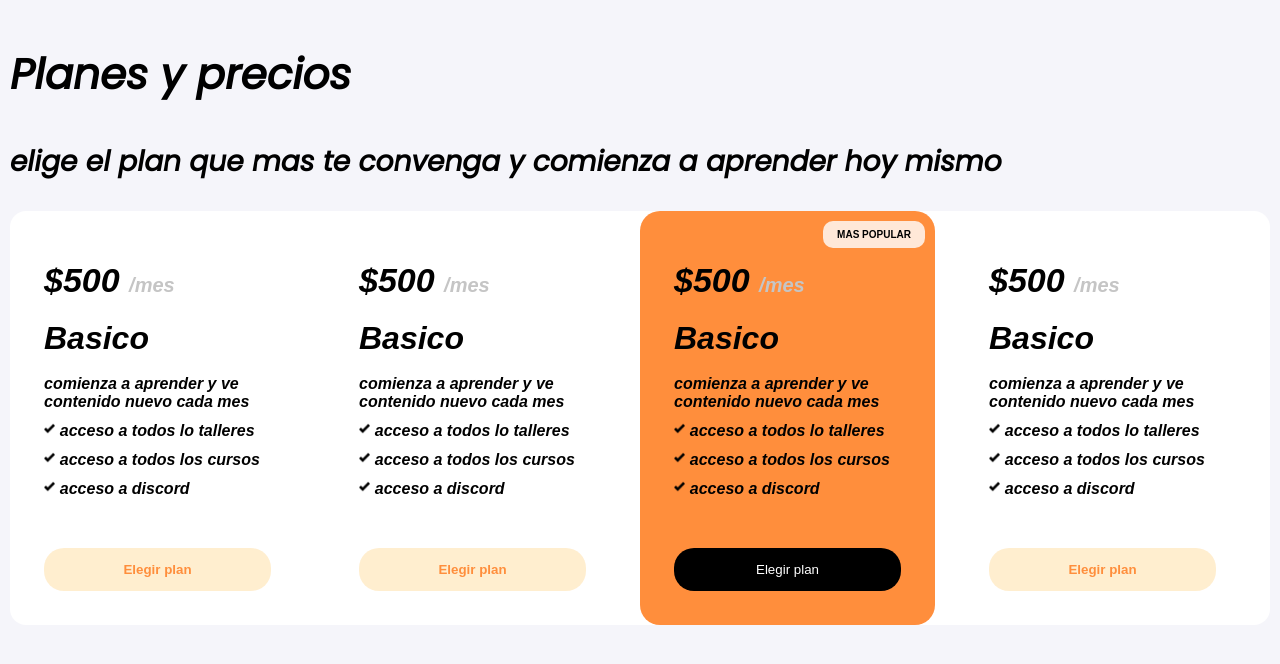
Repository: darkmantiz2/Tarjetas-planes
Page: index.html
These files come from the project's save history. The page is drawn as it stood at one moment and after the next save; the edit follows.
The browser window is 1280 px wide. The pictures show the whole page.

Above is the page before, as saved 2022-01-11 13:24:37.

### index.html
<!DOCTYPE html>
<html lang="en">

<head>
  <meta charset="UTF-8">
  <meta http-equiv="X-UA-Compatible" content="IE=edge">
  <meta name="viewport" content="width=device-width, initial-scale=1.0">
  <link rel="preconnect" href="https://fonts.googleapis.com">
  <link rel="preconnect" href="https://fonts.gstatic.com" crossorigin>
  <link href="https://fonts.googleapis.com/css2?family=Poppins:ital,wght@0,600;0,700;1,400&display=swap"
    rel="stylesheet">
  <link rel="stylesheet" href="./css/index.css">
  <title>Cards Precios</title>
</head>

<body>
  <section class="cards">
    <div class="container">
      <h1 class="contaier-title">
        Planes y precios
      </h1>
      <p class="container-text1">
        elige el plan que mas te convenga y comienza a aprender hoy mismo
      </p>
      <section class="container-card">
        <div class="card">

          <p class="card-price"> $500 <span class="card-month"> /mes</span></p>
          <p class="card-plan">Basico</p>
          <p class="card-description"> comienza a aprender y ve contenido nuevo cada mes</p>
          <p class="card-item1"><img class="card-icon" src="icons/png-transparent-computer-icons-check-mark-checkbox-palomita-angle-logo-check-mark.png" alt="">  acceso a todos lo talleres</p>
          <p class="card-item2"><img class="card-icon" src="icons/png-transparent-computer-icons-check-mark-checkbox-palomita-angle-logo-check-mark.png" alt=""> acceso a todos los cursos</p>
          <p class="card-item3"><img class="card-icon" src="icons/png-transparent-computer-icons-check-mark-checkbox-palomita-angle-logo-check-mark.png" alt=""> acceso a discord</p>

          <button class="card-button"> Elegir plan </button>
        </div>
        <div class="card">
          <p class="card-price"> $500 <span class="card-month"> /mes</span></p>
          <p class="card-plan">Basico</p>
          <p class="card-description"> comienza a aprender y ve contenido nuevo cada mes</p>
          <p class="card-item1"><img class="card-icon" src="icons/png-transparent-computer-icons-check-mark-checkbox-palomita-angle-logo-check-mark.png" alt="">  acceso a todos lo talleres</p>
          <p class="card-item2"><img class="card-icon" src="icons/png-transparent-computer-icons-check-mark-checkbox-palomita-angle-logo-check-mark.png" alt=""> acceso a todos los cursos</p>
          <p class="card-item3"><img class="card-icon" src="icons/png-transparent-computer-icons-check-mark-checkbox-palomita-angle-logo-check-mark.png" alt=""> acceso a discord</p>

          <button class="card-button"> Elegir plan </button>
        </div>
        <div class="card card-orange">
          <label class="card-label">mas popular</label>
          <p class="card-price"> $500 <span class="card-month"> /mes</span></p>
          <p class="card-plan">Basico</p>
          <p class="card-description">  comienza a aprender y ve contenido nuevo cada mes</p>
          <p class="card-item1"><img class="card-icon" src="icons/png-transparent-computer-icons-check-mark-checkbox-palomita-angle-logo-check-mark.png" alt="">  acceso a todos lo talleres</p>
          <p class="card-item2"><img class="card-icon" src="icons/png-transparent-computer-icons-check-mark-checkbox-palomita-angle-logo-check-mark.png" alt=""> acceso a todos los cursos</p>
          <p class="card-item3"><img class="card-icon" src="icons/png-transparent-computer-icons-check-mark-checkbox-palomita-angle-logo-check-mark.png" alt=""> acceso a discord</p>

          <button class="card-button-orange"> Elegir plan </button>
        </div>
        <div class="card">

          <p class="card-price"> $500 <span class="card-month"> /mes</span></p>
          <p class="card-plan">Basico</p>
          <p class="card-description">  comienza a aprender y ve contenido nuevo cada mes</p>
          <p class="card-item1"><img class="card-icon" src="icons/png-transparent-computer-icons-check-mark-checkbox-palomita-angle-logo-check-mark.png" alt="">  acceso a todos lo talleres</p>
          <p class="card-item2"><img class="card-icon" src="icons/png-transparent-computer-icons-check-mark-checkbox-palomita-angle-logo-check-mark.png" alt=""> acceso a todos los cursos</p>
          <p class="card-item3"><img class="card-icon" src="icons/png-transparent-computer-icons-check-mark-checkbox-palomita-angle-logo-check-mark.png" alt=""> acceso a discord</p>


          <button class="card-button"> Elegir plan </button>
        </div>
      </section>




    </div>
  </section>
</body>

</html>

### css/index.css
:root {
  --black: #373737;
  --primary: #ff8e3c;
  --white: #ffffff;
  --grey: #848199;
  --red: #fa513a;
  --grey-2: #a3a3a3;
  --bg: #f5f5fa;
  --headline2: 600 1.75rem/normal Poppins;
  --headline3: 600 1.25rem/1.375rem Poppins;
  --button: 400 0.875rem/1rem Poppins;
  --headline1: 600 3.5rem/normal Poppins;
  --body1-regular: 400 1rem/1.5rem Poppins;
  --body1-bold: 700 1rem/1.5rem Poppins;
  --body2-bold: 700 0.875rem/1.5rem Poppins;
  --body2-regular: 400 0.875rem/1.5rem Poppins;
  --caption-regular: 400 0.75rem/1rem Poppins;
  --caption-bold: 600 0.75rem/1rem Poppins;

}

/*BODDY*/

body {
  color: var(--white);
  background-color: var(--primary);
  font: var(--headline2);
  background: var(--bg);
  font-style: italic;
  font-weight: bold;
}

.container {
  color: black;
}



.container-card {
  display: flex;
  justify-content: center;
  align-items: center;
  max-width: 1260px;
  width: 100%;
  background-color: white;
  border-radius: 16px;
  font-family: arial;
  font-weight: bold;
}

.card-month {
  font-size: 20px;
  color: #c5c5c5;
}

.cards {
  display: flex;
  justify-content: center;
  align-items: center;
}

.card-orange {
  background-color: var(--primary);
  font-size: medium;
}


.card {
  align-items: flex-start;
  display: flex;
  justify-content: center;
  flex-direction: column;
  width: 334px;
  padding:0 34px 34px;
  border-radius: 20px;
  margin-right: 20px;
  font-size: medium;
  box-sizing: border-box;
  position: relative;
}

.card-price {
  margin: 0;
  padding-bottom: 20px;
  padding-top: 50px;
  font-size: 34px;
}


.card-plan {
  margin: 0;
  padding-bottom: 18px;
  font-size: xx-large;
  font-weight: bold;
}

.card-icon{
  width: 5%;
}

.card-description {
  margin: 0;
  padding-bottom: 10px;
}

.card-item1 {
  margin: 0;
  padding-bottom: 10px;
}

.card-item2 {
  margin: 0;
  padding-bottom: 10px;
}

.card-item3 {
  margin: 0;
  padding-bottom: 50px;
}

.card-button {
 width: 100%;
  padding: 14px 37px 14px 37px;
  background-color: #ffa50030;
  border-radius: 20px;
  border: none;
  color: var(--primary);
  font-weight: bolder;

}

.card-button-orange {
  width: 100%;
  padding: 14px 37px 14px 37px;
  background-color: black;
  border-radius: 20px;
  color: var(--white);
  border: none;
}

.card-label{
  background-color: rgba(255, 255, 255, 0.801);
  padding: 8px 14px;
  border-radius: 10px;
  font-size: small;
  text-transform: uppercase;
  font-size: 10px;
  font-weight: 800;
  font-style: normal;
  position: absolute;
  top: 10px;
  right: 10px;
}



.container {
  color: black;
}



.container-card {
  display: flex;
  justify-content: center;
  align-items: center;
  max-width: 1260px;
  width: 100%;
}

.card-month {
  font-size: 20px;
  color: #c5c5c5;
}

After the next save:
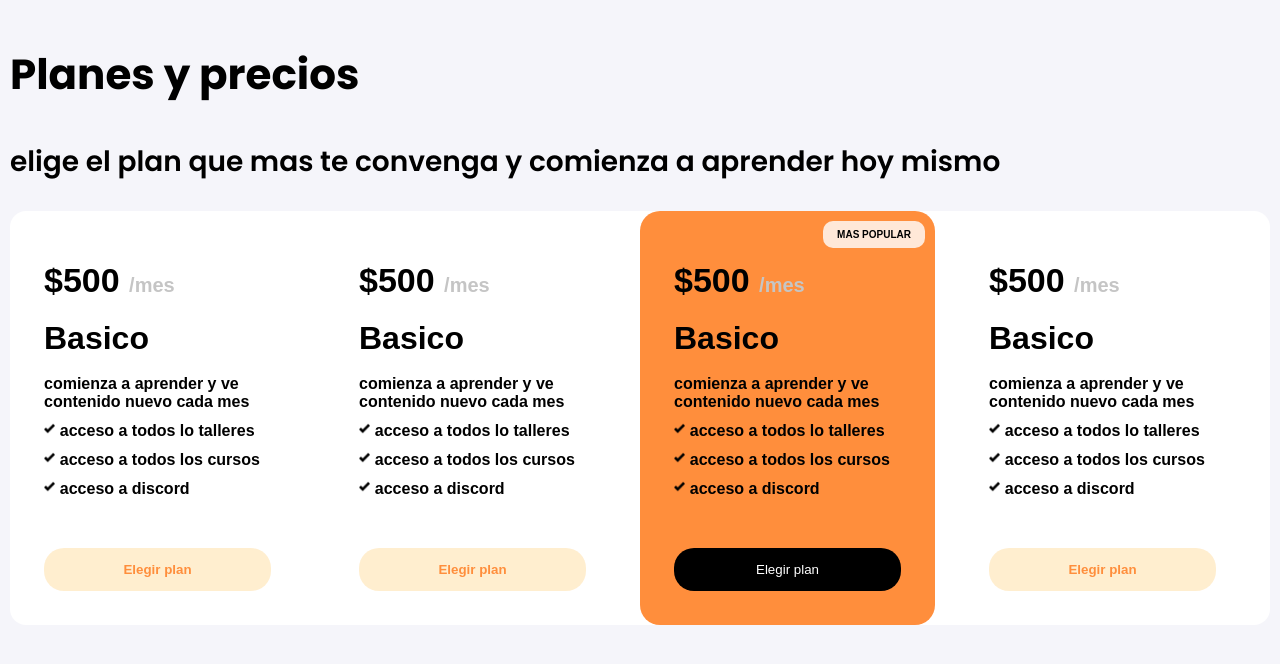
Saved 93 min 3 s later.
--- a/css/index.css
+++ b/css/index.css
@@ -26,8 +26,6 @@ body {
   background-color: var(--primary);
   font: var(--headline2);
   background: var(--bg);
-  font-style: italic;
-  font-weight: bold;
 }
 
 .container {
